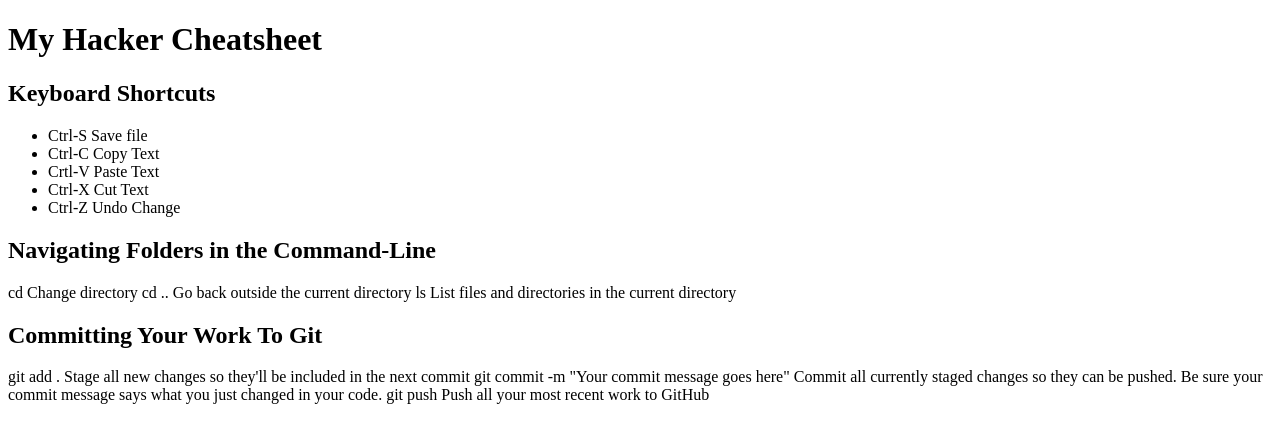
Repository: normansinegar/normansinegar.github.io
Page: cheatsheet.html
The author's editor kept a record of every edit. The page is drawn from the files as they stood at one moment, then again after the next edit.
The browser window is 1280 px wide. The pictures show the whole page.

Above is the page before.

After the next edit:
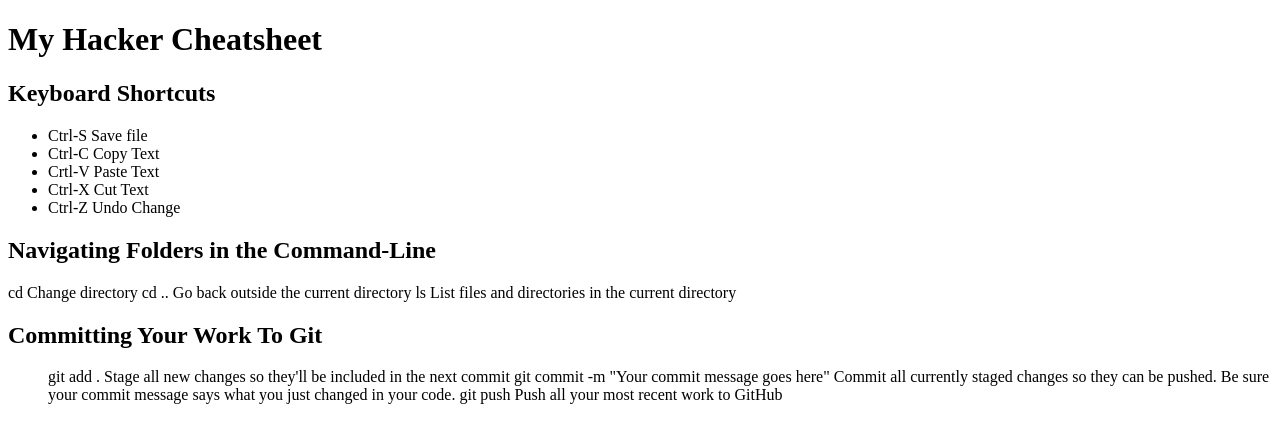
The edit:
--- a/cheatsheet.html
+++ b/cheatsheet.html
@@ -40,7 +40,7 @@
                 List files and directories in the current directory
 
             <h2>Committing Your Work To Git</h2>
-
+                <ul>
                 git add .
                 Stage all new changes so they'll be included in the next commit
 
